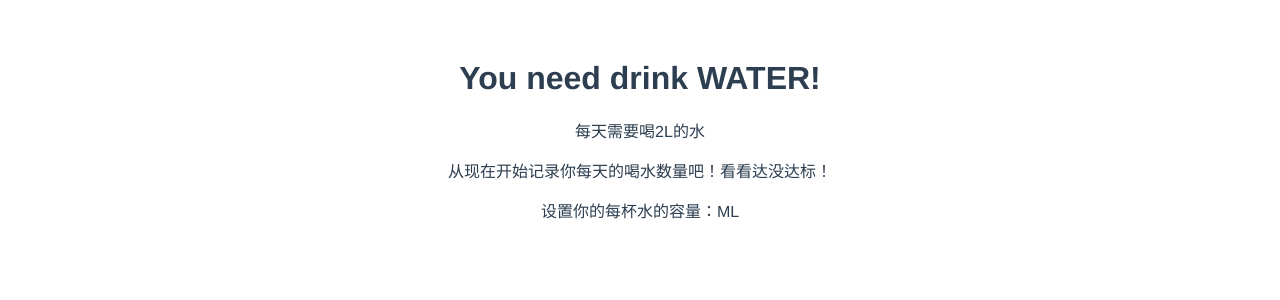
Repository: xuehebinglan/apps.xuehebinglan.com
Page: /drink-water
These files come from the project's save history. The page is drawn as it stood at one moment and after a run of saves; the edit follows.
The browser window is 1280 px wide. The pictures show the whole page.
The project was rebuilt for these pictures with package versions that can differ from the ones it lists, and the page was loaded fresh each time. Also part of the build but not shown: src/components/HomePage.vue.

Above is the page before, as saved 2018-06-20 15:35:28.

After the next 2 saves:
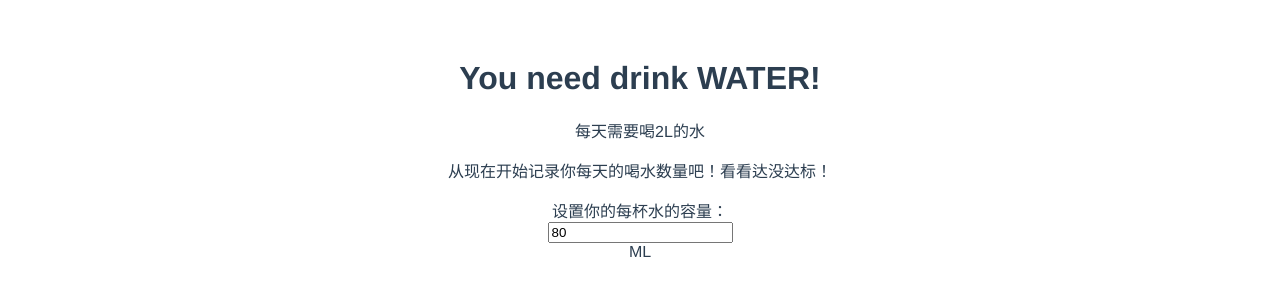
The 2 saves are shown as one change because they came seconds apart.
The last was saved 29 s later.
--- a/src/main.js
+++ b/src/main.js
@@ -1,13 +1,15 @@
 // The Vue build version to load with the `import` command
 // (runtime-only or standalone) has been set in webpack.base.conf with an alias.
 import Vue from 'vue'
-import { Button, Select } from 'element-ui'
+import { Button, Select, Input} from 'element-ui'
 import App from './App'
 import router from './router'
 
 Vue.config.productionTip = false
 Vue.use(Button)
 Vue.use(Select)
+Vue.use(Input)
+
 
 /* eslint-disable no-new */
 new Vue({
